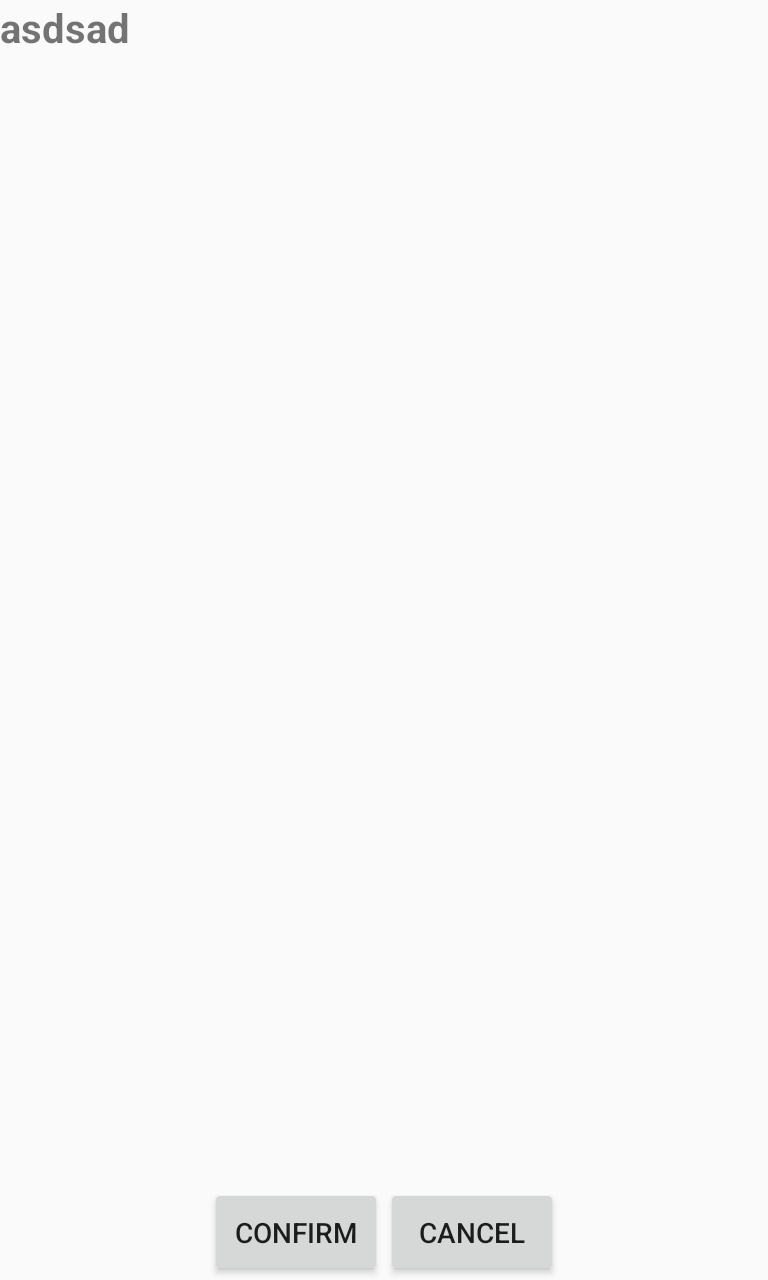
Repository: TeamZhao/Assignment-Tracker
Layout: AssignmentTracker/res/layout/activity_delete_semester_confirmation.xml
An editor plug-in stored every save of this project. The layout is shown before and after the next save, followed by the edit.
It is drawn on a 768 x 1280 px phone screen (xhdpi) without system bars, with theme AppTheme; the app's code is not run.

Above is the layout before, as saved 2014-11-15 05:45:06.

After the next save:
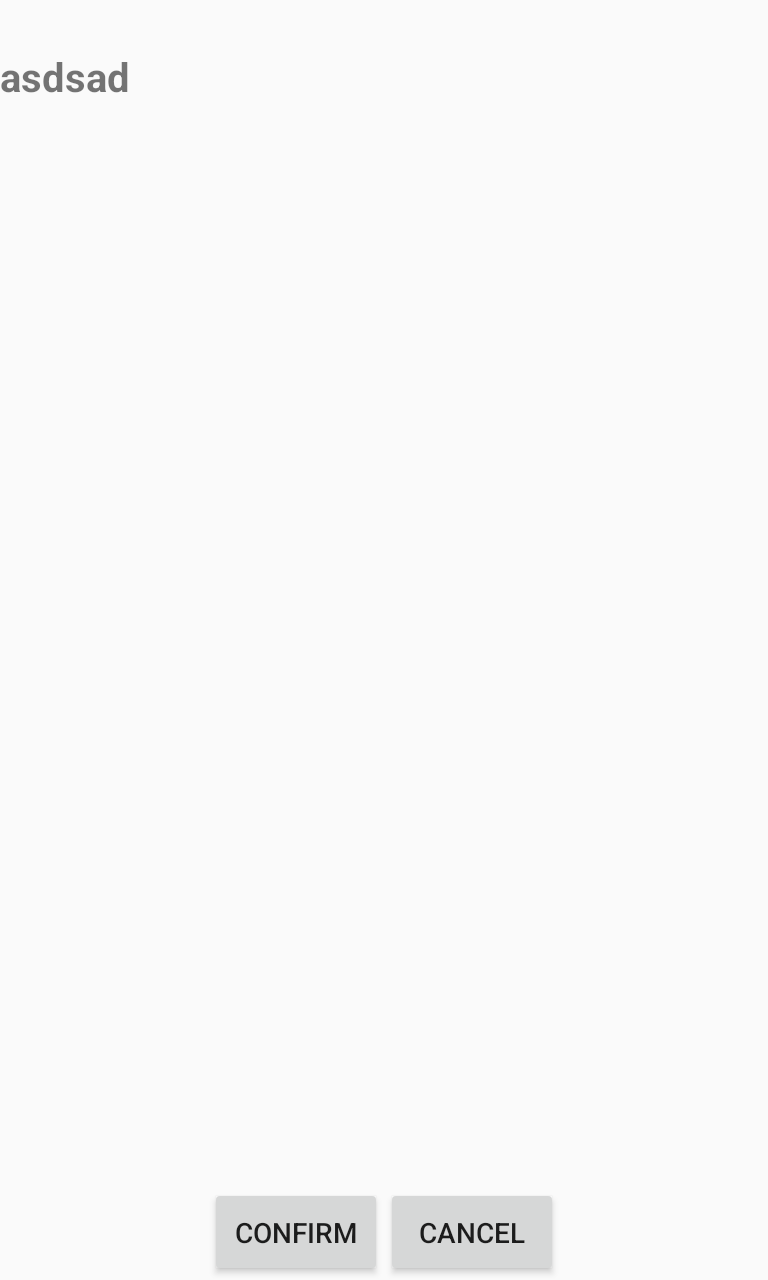
Saved 89 s later.
--- a/AssignmentTracker/res/layout/activity_delete_semester_confirmation.xml
+++ b/AssignmentTracker/res/layout/activity_delete_semester_confirmation.xml
@@ -11,7 +11,8 @@
         android:id="@+id/tableRow1"
         android:layout_width="wrap_content"
         android:layout_height="wrap_content"
-        android:layout_weight="1" >
+        android:layout_weight="1"
+        android:gravity="bottom" >
 
         <TextView
             android:id="@+id/textView_DisplaySemTitle"
